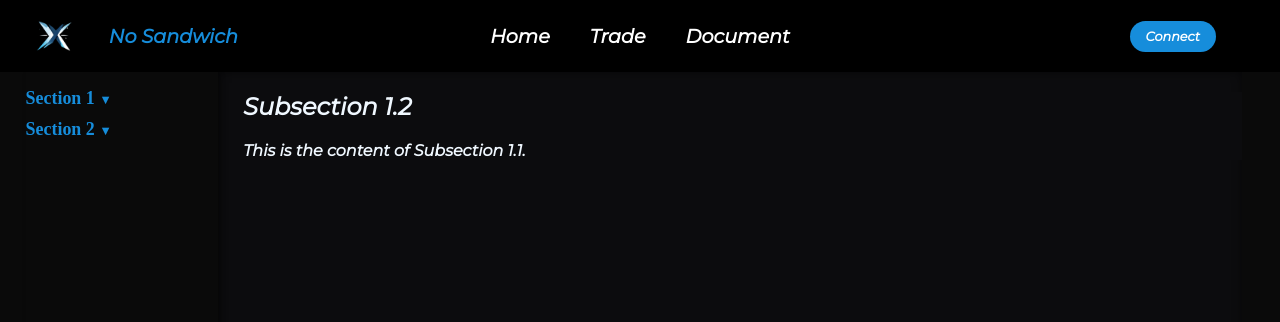
Repository: TreapGoGo/hackathon-2024-10-13
Page: /document/section/1/2 (app in Web/NoSandwichSwapPair_Web/)
The author's editor kept a copy of each file at every save. The page is drawn from the files as they stood at one save, then again after the next save.
The browser window is 1280 px wide. The pictures show the whole page.
An inner scrolling area shows only its first screen. The project was rebuilt for these pictures with package versions that can differ from the ones it lists, and the page was loaded fresh each time. Also part of the build but not shown: Web/NoSandwichSwapPair_Web/vite.config.js, Web/NoSandwichSwapPair_Web/src/components/documents/Subsection1_1.vue, Web/NoSandwichSwapPair_Web/src/components/documents/Subsection2_1.vue, Web/NoSandwichSwapPair_Web/src/components/documents/Subsection2_2.vue.

Above is the page before, as saved 2024-10-19 00:18:32.

After the next save:
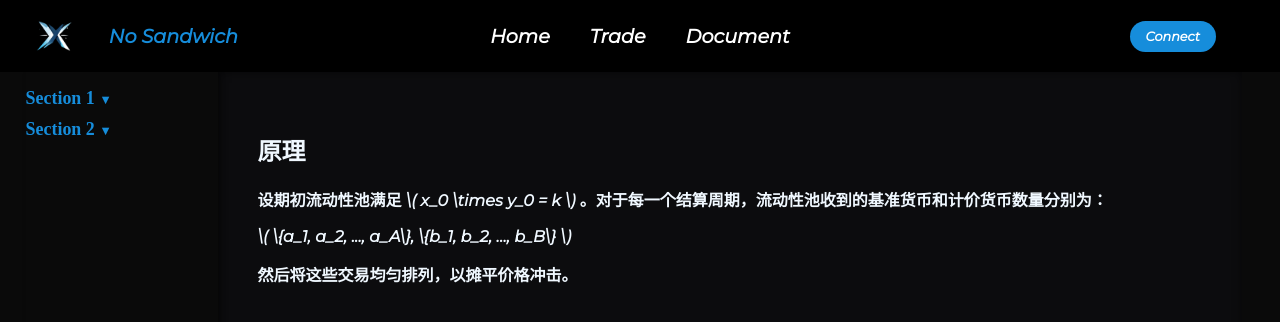
Saved 5 s later.
--- a/Web/NoSandwichSwapPair_Web/src/components/documents/Subsection1_2.vue
+++ b/Web/NoSandwichSwapPair_Web/src/components/documents/Subsection1_2.vue
@@ -1,22 +1,23 @@
-<!-- Subsection1_2.vue -->
 <template>
-    <div>
-      <h2>Subsection 1.2</h2>
-      <p>This is the content of Subsection 1.1.</p>
-    </div>
-  </template>
+  <div>
+    <h2>原理</h2>
+    <p>设期初流动性池满足 \( x_0 \times y_0 = k \) 。对于每一个结算周期，流动性池收到的基准货币和计价货币数量分别为：</p>
+    <p>\( \{a_1, a_2, ..., a_A\}, \{b_1, b_2, ..., b_B\} \)</p>
+    <p>然后将这些交易均匀排列，以摊平价格冲击。</p>
+  </div>
+</template>
 
-  <script>
-  export default {
-    name: 'Subsection1_2',
-  };
-  </script>
-    <style scoped>
-    div{
-      color: aliceblue;
-      z-index: 1000;
-      background-color: #0c0c0e;
-      margin-left: 2vw;
-      margin-top: 2vh;
-    }
-  </style>
+<script>
+export default {
+  name: 'Principle',
+};
+</script>
+
+<style scoped>
+div {
+  color: aliceblue;
+  background-color: #0c0c0e;
+  padding: 2vw;
+  margin: 2vh;
+}
+</style>
